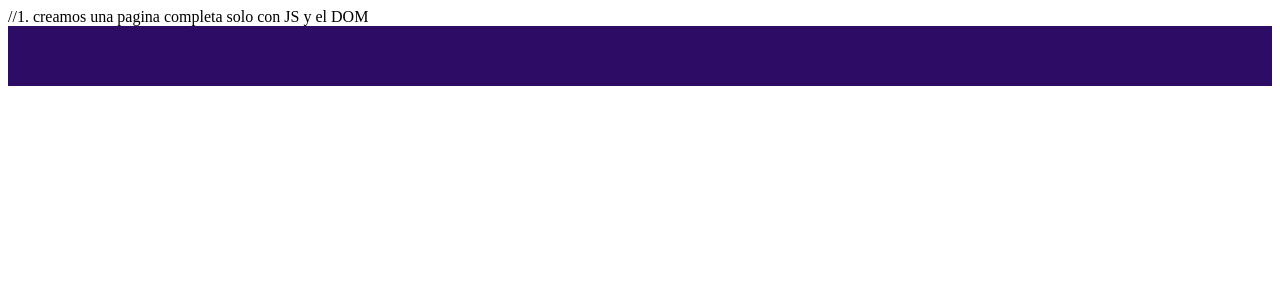
Repository: LadyJohana20/clases
Page: Clase-05-nodesass/public/pages/productos.html
These files come from the project's save history. The page is drawn as it stood at one moment and after the next save; the edit follows.
The browser window is 1280 px wide. The pictures show the whole page.

Above is the page before, as saved 2026-01-26 21:34:36.

### Clase-05-nodesass/public/pages/productos.html
<!DOCTYPE html>
<html lang="en">
<head>
    <meta charset="UTF-8">
    <meta name="viewport" content="width=device-width, initial-scale=1.0">
    <title>Productos</title>
</head>
<body>
    //1. creamos una pagina completa solo con JS y el DOM
    <div id="principal">


    </div>

    <script src="../js/productos.js"></script>
</body>
</html>

### Clase-05-nodesass/public/js/productos.js


// 1. capturamos el elemento principal

const divPrincipal = document.getElementById("principal");

// 2. Creamos la barra de navegación
let navegación = document.createElement('nav');

// 3. le agregamos estilos

navegación.style.backgroundColor = '#2c0c64 ';
navegación.style.width = '100%';
navegación.style.height = '60px';

//4. Agregamos barra de navegacion al div principal
principal.appendChild(navegación);

After the next save:
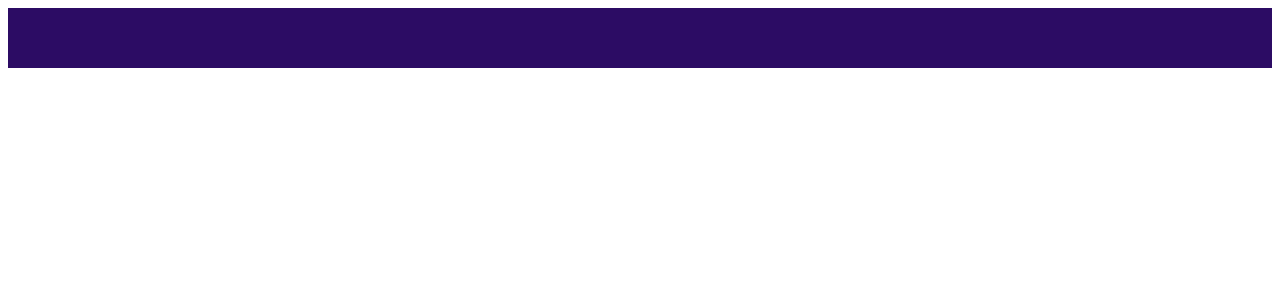
Saved 62 s later.
--- a/Clase-05-nodesass/public/pages/productos.html
+++ b/Clase-05-nodesass/public/pages/productos.html
@@ -6,7 +6,7 @@
     <title>Productos</title>
 </head>
 <body>
-    //1. creamos una pagina completa solo con JS y el DOM
+    <!-- 1. creamos una pagina completa solo con JS y el DOM -->
     <div id="principal">
 
 
